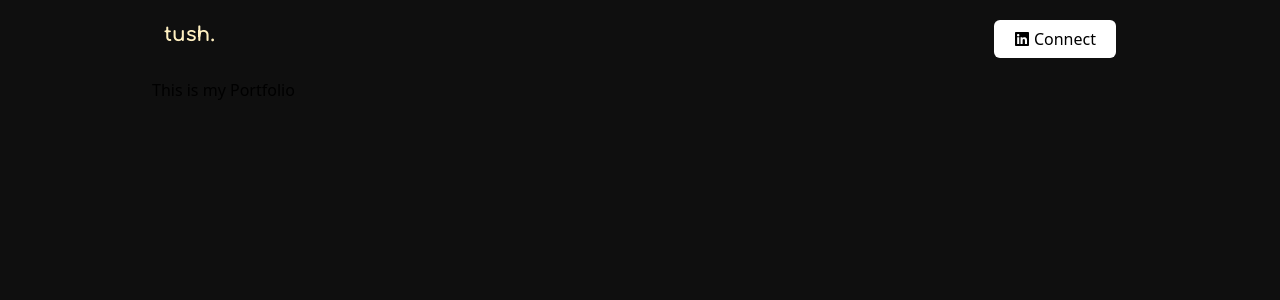
Repository: tushcmd/tushdev-portfolio
Page: /
An editor plug-in stored every save of this project. The page is shown before and after the next save, followed by the edit.
The browser window is 1280 px wide. The pictures show the whole page.
The project was rebuilt for these pictures with package versions that can differ from the ones it lists, and the page was loaded fresh each time. The framework's server and built-in components were replaced by stand-ins that run in the browser. Also part of the build but not shown: next.config.js.

Above is the page before, as saved 2023-12-13 13:37:06.

After the next save:
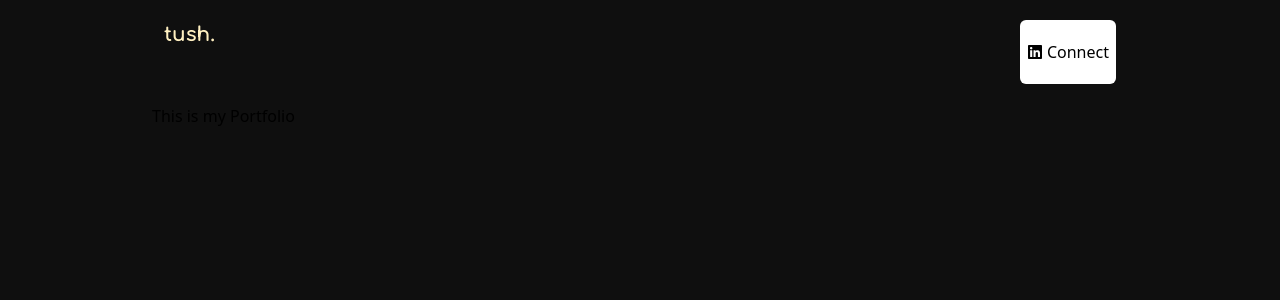
Saved 4 min 39 s later.
--- a/app/ui/nav.tsx
+++ b/app/ui/nav.tsx
@@ -16,7 +16,7 @@
             href='https://www.linkedin.com/in/yazdun-fadali/'
             target='_blank'
             rel='_noreferrer'
-            className='flex items-center gap-1 md:hover:bg-slate-200 rounded-md px-5 bg-white text-black font-medium py-[0.45rem]'
+            className='flex items-center gap-1 md:hover:bg-slate-200 rounded-md px-[7px] bg-white text-black font-medium py-[20px]'
           >
             <svg
               stroke='currentColor'

After the save that followed:
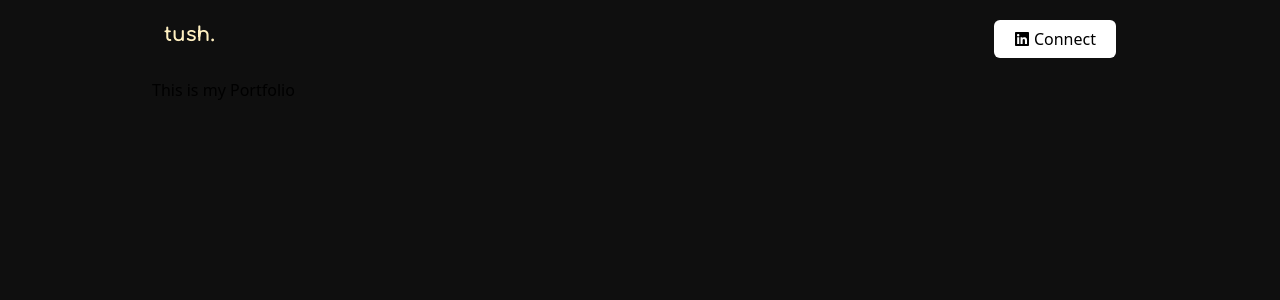
Saved 27 s later.
--- a/app/ui/nav.tsx
+++ b/app/ui/nav.tsx
@@ -16,7 +16,7 @@
             href='https://www.linkedin.com/in/yazdun-fadali/'
             target='_blank'
             rel='_noreferrer'
-            className='flex items-center gap-1 md:hover:bg-slate-200 rounded-md px-[7px] bg-white text-black font-medium py-[20px]'
+            className='flex items-center gap-1 md:hover:bg-slate-200 rounded-md px-5 bg-white text-black font-medium py-[0.45rem]'
           >
             <svg
               stroke='currentColor'
